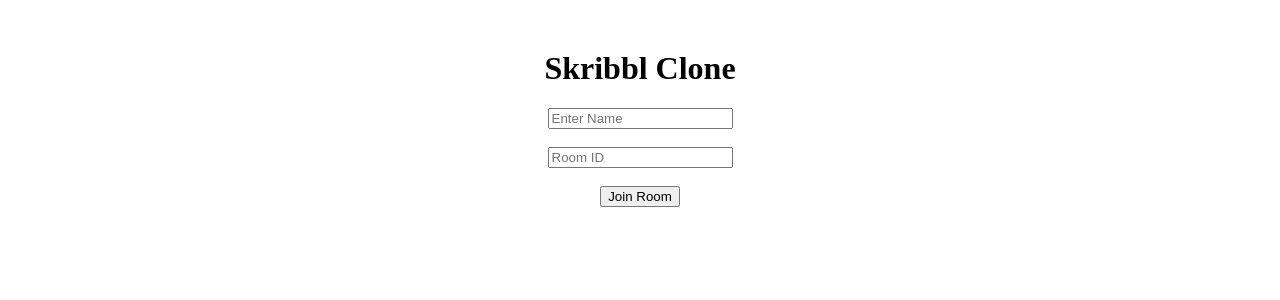
Repository: arpit-925/skibble.io
Page: / (app in client/)
An editor plug-in stored every save of this project. The page is shown before and after the next save, followed by the edit.
The browser window is 1280 px wide. The pictures show the whole page.
The page's requests for data from a server got no answer. The project was rebuilt for these pictures with package versions that can differ from the ones it lists, and the page was loaded fresh each time. No one was signed in, and anything a server would have sent is missing. Also part of the build but not shown: client/vite.config.js, client/src/socket/socket.js, client/src/components/Canvas.jsx, client/src/components/Chat.jsx, client/src/components/Scoreboard.jsx, client/src/pages/Room.jsx.

Above is the page before, as saved 2026-04-13 22:28:39.

After the next save:
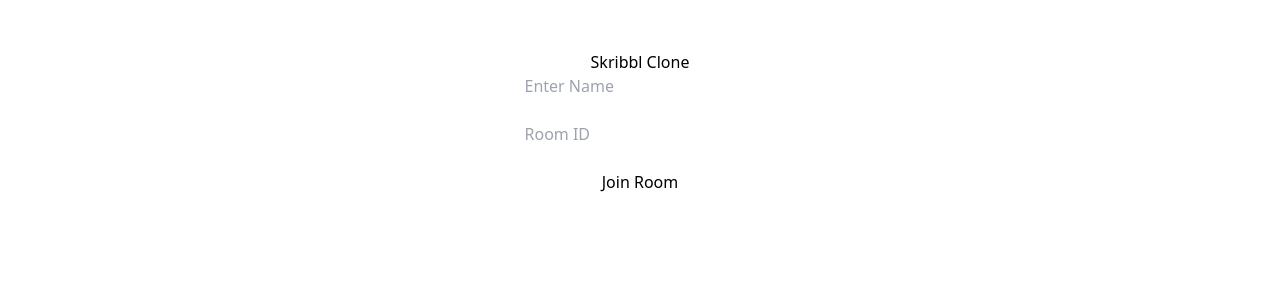
Saved 12 s later.
--- a/client/src/main.jsx
+++ b/client/src/main.jsx
@@ -1,6 +1,7 @@
 import React from "react";
 import ReactDOM from "react-dom/client";
 import App from "./App";
+import "./index.css";
 
 ReactDOM.createRoot(document.getElementById("root")).render(
   <App />
